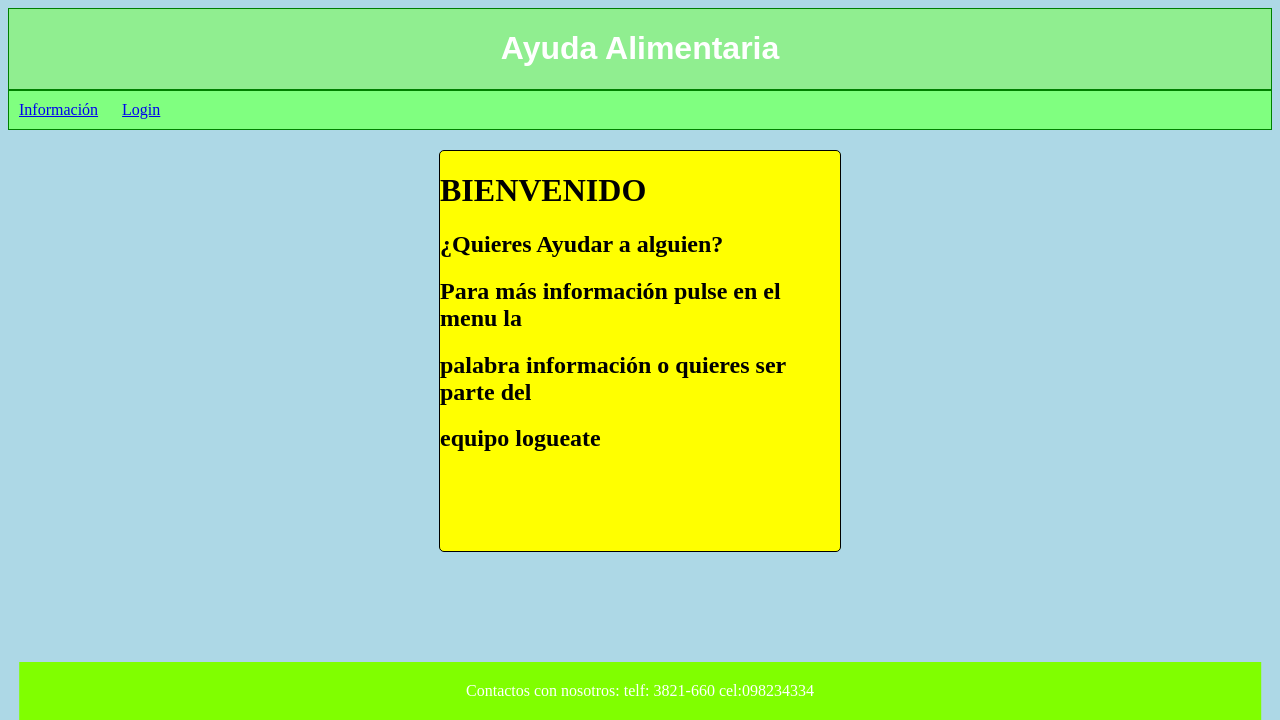
Repository: sonicspeed1/examen1_codigo_bryansantillan
Page: http://localhost/examen_1_bryan_santillan/home.jsp
These files come from the project's save history. The page is drawn as it stood at one moment and after the next save; the edit follows.
The browser window is 1280 px wide. The pictures show the whole page.
The page is served by Tomcat 9.

Above is the page before, as saved 2024-05-29 14:19:06.

After the next save:
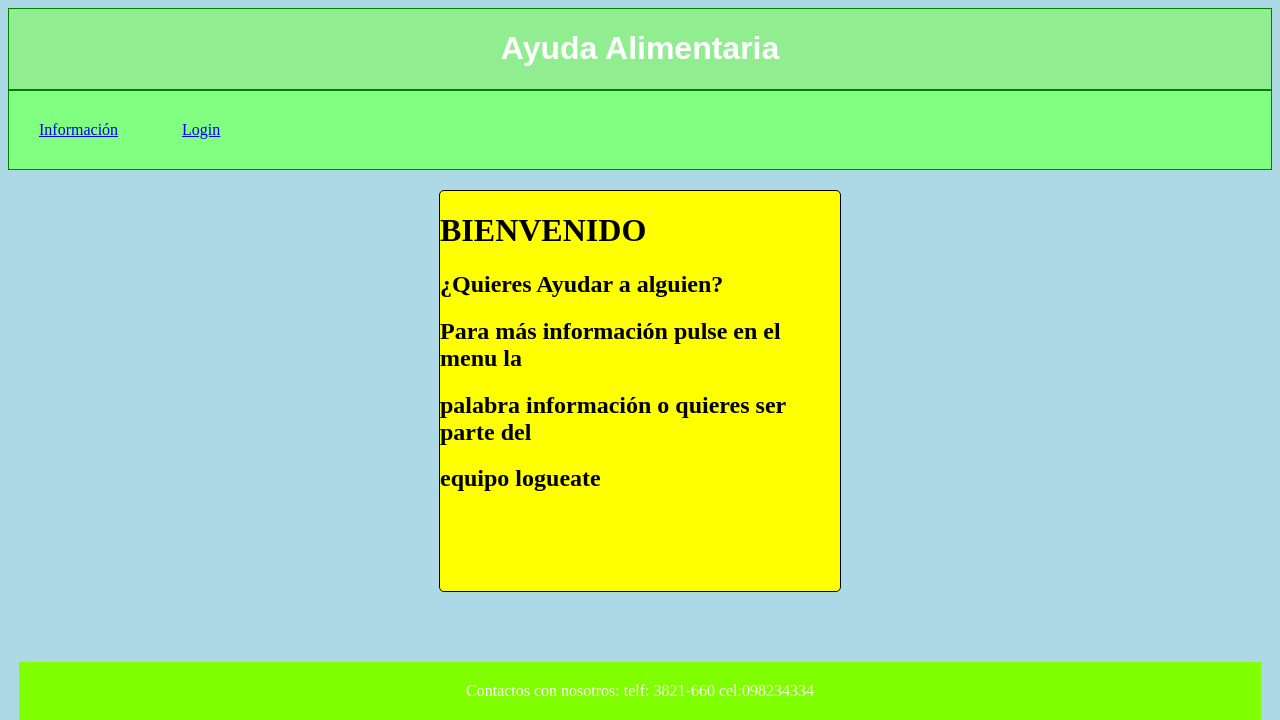
Saved 23 s later.
--- a/examen_1_bryan_santillan/src/main/webapp/estilos.css
+++ b/examen_1_bryan_santillan/src/main/webapp/estilos.css
@@ -42,7 +42,7 @@
 .item {
     display: inline-block;
     position: relative;
-    margin: 10px;
+    margin: 30px;
     color: #333;
     text-decoration: none;
 }
